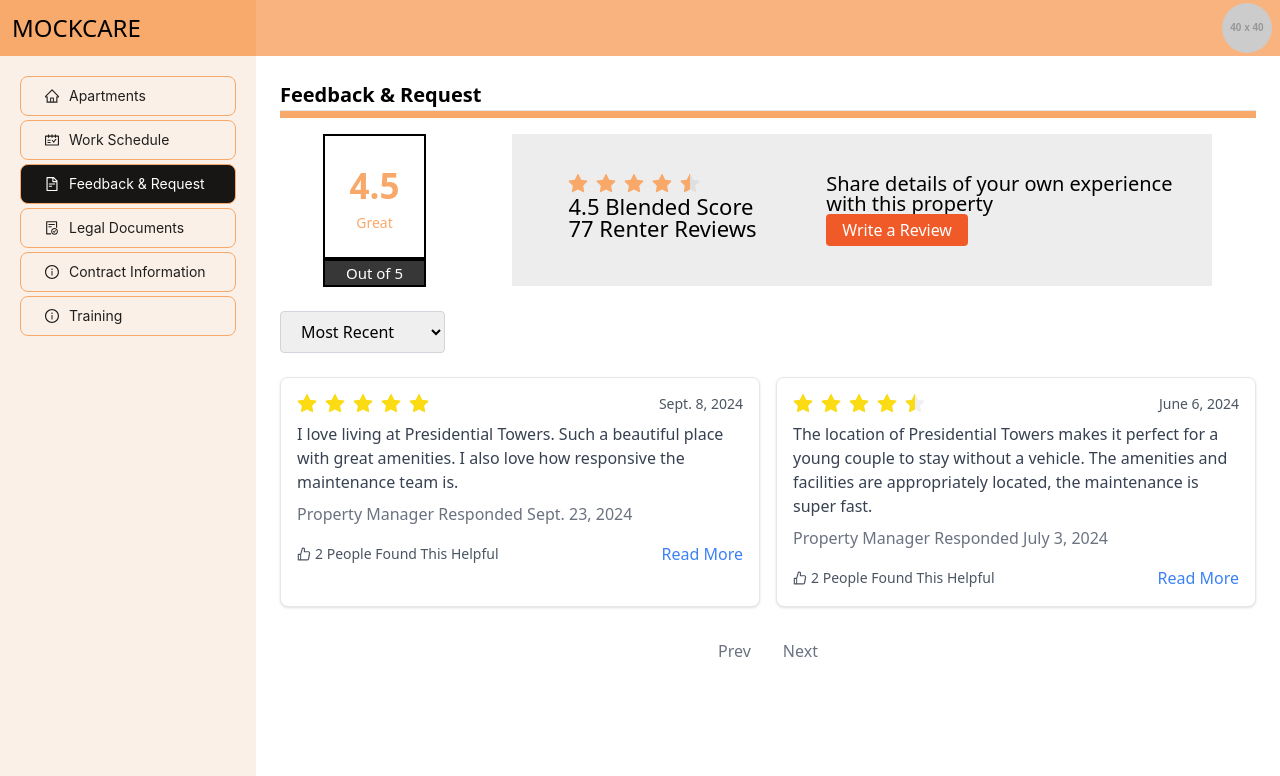
Repository: dunh-real/MockProject_102024_Nhom4
Page: / (app in frontend/)
These files come from the project's save history. The page is drawn as it stood at one moment and after the next save; the edit follows.
The browser window is 1280 px wide. The pictures show the whole page.
The project was rebuilt for these pictures with package versions that can differ from the ones it lists, and the page was loaded fresh each time. Also part of the build but not shown: frontend/vite.config.js, frontend/vite.config.ts, frontend/src/App.css, frontend/src/component/ReviewModal.tsx.

Above is the page before, as saved 2024-10-09 13:31:05.

### frontend/src/App.tsx

import './App.css'
import ReviewList from './pages/Feedback&Request/Feedback&Request'
// import LoginForm from './pages/Login/Login'

function App() {


  return (
    <>
      {/* <LoginForm/> */}
      <ReviewList/>
    </>
  )
}

export default App

### frontend/src/pages/Feedback&Request/Feedback&Request.tsx
import React, { useState } from 'react';
import { Rate } from 'antd'; // Dùng Antd cho Rate, có thể thay thế bằng biểu tượng của Tailwind nếu cần
import { LikeOutlined } from '@ant-design/icons';
import ReviewModal from '../../component/ReviewModal';
import Sidebar from '../../component/Sidebar';

interface Review {
    date: string;
    rating: number;
    text: string;
    managerResponse: string;
    helpfulCount: number;
}

const reviews: Review[] = [
    {
        date: 'Sept. 8, 2024',
        rating: 5,
        text: 'I love living at Presidential Towers. Such a beautiful place with great amenities. I also love how responsive the maintenance team is.',
        managerResponse: 'Property Manager Responded Sept. 23, 2024',
        helpfulCount: 2,
    },
    {
        date: 'June 6, 2024',
        rating: 4.5,
        text: 'The location of Presidential Towers makes it perfect for a young couple to stay without a vehicle. The amenities and facilities are appropriately located, the maintenance is super fast.',
        managerResponse: 'Property Manager Responded July 3, 2024',
        helpfulCount: 2,
    },
];

const ReviewList: React.FC = () => {
    const [showModal, setShowModal] = useState<boolean>(false);
    const [page, setPage] = useState<number>(1);

    const handlePageChange = (page: number) => {
        setPage(page);
    };

    const handleSortChange = (value: string) => {
        console.log(`Sort by: ${value}`);
    };

    return (
        <div className=" min-h-screen  bg-gray-50">
            <div className='flex  bg-[#f8a769d9]  justify-between items-center'>
                <div className=' bg-[#f8a769d9] p-3 w-1/5'>
                    <h1 className='text-2xl'>MOCKCARE</h1>
                </div>
                <div className="flex  justify-end">
                    <img
                        src="https://via.placeholder.com/40"
                        alt="Avatar"
                        className="rounded-full w-[50px] h-[50px] mr-2"
                    />
                </div>
            </div>
            <div className="flex">
                <Sidebar />
                <div className="w-4/5 p-6 bg-white">
                    <div className='mb-4'>
                        <h2 className='text-[20px] font-bold'>Feedback & Request</h2>
                        <hr className='h-[8px] bg-[#F8A869]' />
                    </div>
                    <div className="flex  justify-around items-center mb-6">
                        <div className="flex flex-col  items-center">
                            <div className=" text-center text-[#F8A869] border-black border-2  p-6 ">
                                <div className=''>
                                    <p className="text-[35px] font-bold">4.5</p>
                                    <p className="text-sm text-[27px]">Great</p>
                                </div>

                            </div>
                            <div className="text-xs w-full border-black border-2 bg-[#000000c8]">
                                <p className='text-white p-1 text-[15px] text-center'>Out of 5</p>
                            </div>
                        </div>
                        <div className='bg-[#d9d9d97b] flex justify-between'
                         style={{ width: '100%', maxWidth: '700px', padding:40, lineHeight:1}}
                        >
                            <div className="ml-4 ">
                                <Rate allowHalf defaultValue={4.5} disabled style={{color:'#F8A869'}} />
                                <div className="text-[#000000] text-[22px]">4.5 Blended Score</div>
                                <div className="text-[#000000] font-extralight text-[22px]">77 Renter Reviews</div>
                            </div>
                            <div className=''>
                                <p className='text-[#000000] font-extralight text-[20px]'>Share details of your own experience <br/>
                                with this property</p>
                                <button
                                    onClick={() => setShowModal(true)}
                                    className="bg-[#f05a28] text-white px-4 py-2 rounded hover:bg-[#ff6a38] hover:text-black "
                                >
                                    Write a Review
                                </button>
                            </div>
                        </div>
                    </div>
                    <div className="mb-6 flex justify-between">
                        <select
                            onChange={(e) => handleSortChange(e.target.value)}
                            className="border border-gray-300 rounded px-4 py-2"
                        >
                            <option value="recent">Most Recent</option>
                            <option value="highest">Highest Rating</option>
                            <option value="lowest">Lowest Rating</option>
                        </select>
                    </div>
                    <div className="grid grid-cols-1 md:grid-cols-2 gap-4">
                        {reviews.slice((page - 1) * 2, page * 2).map((review, index) => (
                            <div key={index} className="p-4 border border-gray-200 rounded-lg bg-white shadow">
                                <div className="flex justify-between items-center mb-2">
                                    <Rate allowHalf defaultValue={review.rating} disabled />
                                    <span className="text-sm text-gray-600">{review.date}</span>
                                </div>
                                <p className="text-gray-700">{review.text}</p>
                                <p className="text-gray-500 mt-2">{review.managerResponse}</p>
                                <div className="flex justify-between items-center mt-4">
                                    <div className="flex items-center text-sm text-gray-600">
                                        <LikeOutlined className="mr-1" />
                                        {review.helpfulCount} People Found This Helpful
                                    </div>
                                    <button className="text-blue-500">Read More</button>
                                </div>
                            </div>
                        ))}
                    </div>
                    <div className="flex justify-center mt-6">
                        <button
                            onClick={() => handlePageChange(page - 1)}
                            className="px-4 py-2 text-gray-500"
                            disabled={page === 1}
                        >
                            Prev
                        </button>
                        <button
                            onClick={() => handlePageChange(page + 1)}
                            className="px-4 py-2 text-gray-500"
                        >
                            Next
                        </button>
                    </div>
                </div>
            </div>
            {showModal && <ReviewModal setShowModal={setShowModal} />}
        </div>
    );
};

export default ReviewList;

### frontend/src/component/Sidebar.tsx
import { Menu } from 'antd';
import { HomeOutlined, ScheduleOutlined, FileTextOutlined, FileDoneOutlined, InfoCircleOutlined } from '@ant-design/icons';

const Sidebar = () => {
  return (
    <div style={{ width: '20%', minHeight: '100vh', backgroundColor: '#FAF0E8', padding: '1rem' }}>
      <Menu
        defaultSelectedKeys={['feedback']}
        mode="inline"
        style={{ backgroundColor: '#FAF0E8', borderRight: 0 }}
      >
        <Menu.Item
          key="apartments"
          icon={<HomeOutlined />}
          style={{
            padding: '12px 24px',
            border:1, borderStyle:'solid', borderColor:'#F8A869'
          }}
        >
          Apartments
        </Menu.Item>
        <Menu.Item
          key="schedule"
          icon={<ScheduleOutlined />}
          style={{
            padding: '12px 24px',
            border:1, borderStyle:'solid', borderColor:'#F8A869'
          }}
        >
          Work Schedule
        </Menu.Item>
        <Menu.Item
          key="feedback"
          icon={<FileTextOutlined />}
          style={{
            backgroundColor: '#171615',
            color: 'white',
            padding: '12px 24px',
            border:1, borderStyle:'solid', borderColor:'#F8A869'
          }}
        >
          Feedback & Request
        </Menu.Item>
        <Menu.Item
          key="legal"
          icon={<FileDoneOutlined />}
          style={{
            padding: '12px 24px',
            border:1, borderStyle:'solid', borderColor:'#F8A869'
          }}
        >
          Legal Documents
        </Menu.Item>
        <Menu.Item
          key="contract"
          icon={<InfoCircleOutlined />}
          style={{
            padding: '12px 24px',
            border:1, borderStyle:'solid', borderColor:'#F8A869'
          }}
        >
          Contract Information
        </Menu.Item>
        <Menu.Item
          key="training"
          icon={<InfoCircleOutlined />}
          style={{
            padding: '12px 24px',
            border: 1, borderStyle: 'solid', borderColor: '#F8A869'
          }}
        >
          Training
        </Menu.Item>
      </Menu>
    </div>
  );
};

export default Sidebar;

Loaded but not shown: frontend/index.html (common file); frontend/src/main.jsx (common file); frontend/src/index.css (common file); frontend/tailwind.config.js (common file)

After the next save:
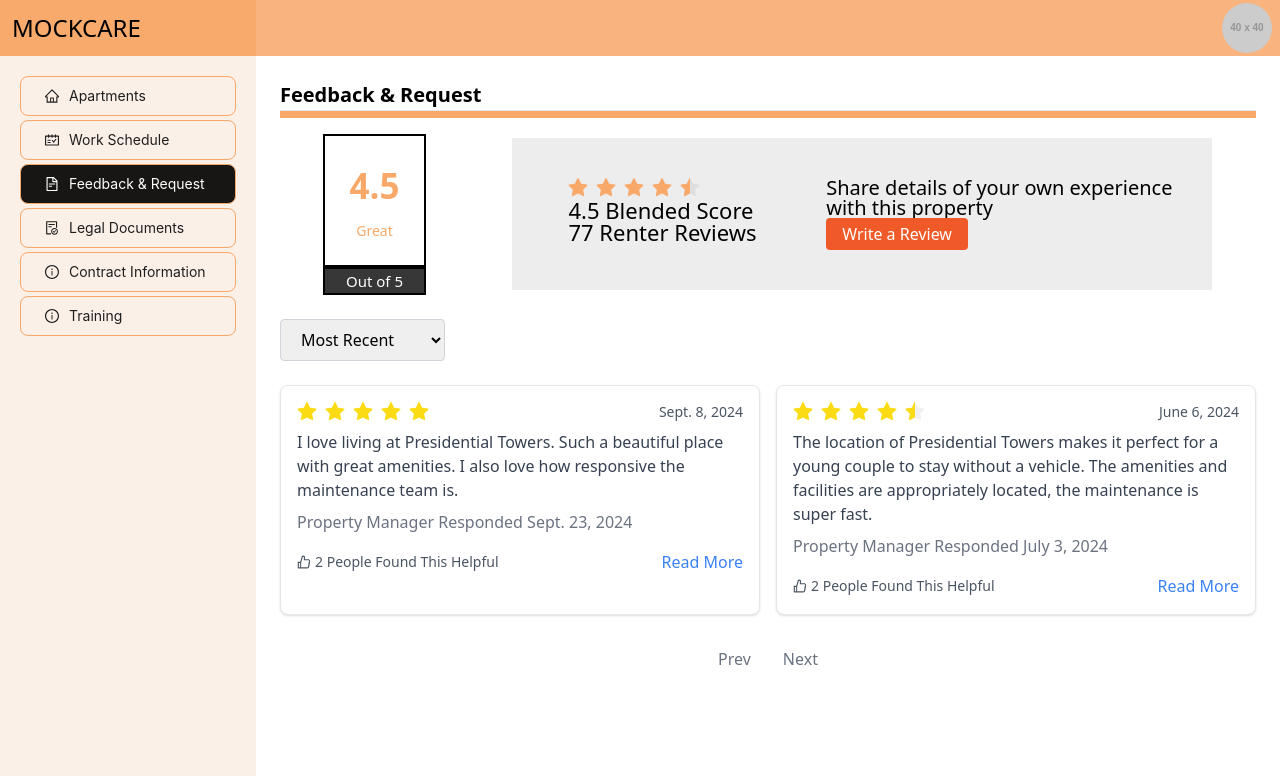
Saved 13 s later.
--- a/frontend/src/pages/Feedback&Request/Feedback&Request.tsx
+++ b/frontend/src/pages/Feedback&Request/Feedback&Request.tsx
@@ -66,7 +66,7 @@ const ReviewList: React.FC = () => {
                         <div className="flex flex-col  items-center">
                             <div className=" text-center text-[#F8A869] border-black border-2  p-6 ">
                                 <div className=''>
-                                    <p className="text-[35px] font-bold">4.5</p>
+                                    <p className="text-[35px] mb-2 font-bold">4.5</p>
                                     <p className="text-sm text-[27px]">Great</p>
                                 </div>
 
